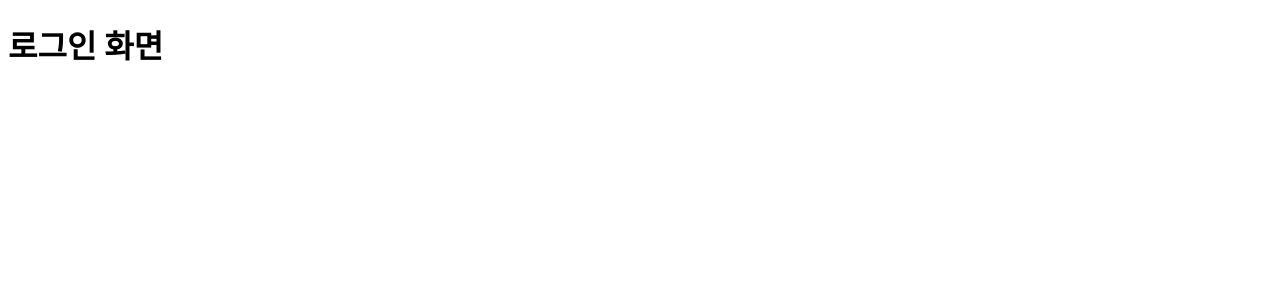
Repository: honsb91/project
Page: http://localhost/hospital/member/login.jsp
These files come from the project's save history. The page is drawn as it stood at one moment and after the next save; the edit follows.
The browser window is 1280 px wide. The pictures show the whole page.
The page is served by Tomcat 9. Nobody is signed in. The application's start-up code is not run.

Above is the page before, as saved 2024-01-25 07:17:25.

After the next save:
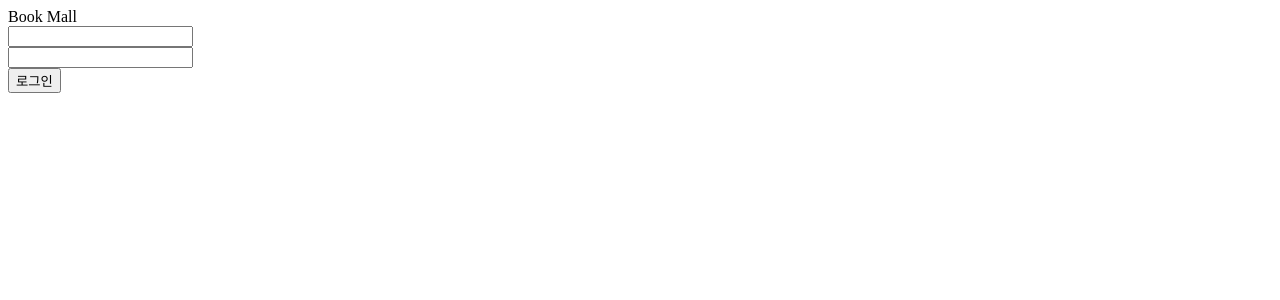
Saved 22 min 37 s later.
--- a/hospital/src/main/webapp/member/login.jsp
+++ b/hospital/src/main/webapp/member/login.jsp
@@ -5,8 +5,36 @@
 <head>
 <meta charset="UTF-8">
 <title>Insert title here</title>
+<link rel="stylesheet" href="/resources/css/member/login.css">
 </head>
 <body>
-	<h1>로그인 화면</h1>
+
+<div class="wrapper">
+
+	<div class="wrap">
+		<div class="logo_wrap">
+			<span>Book Mall</span>
+		</div>
+		<div class="login_wrap">
+			<div class="id_wrap">
+					<div class="id_input_box">
+					<input class="id_input">
+				</div>
+			</div>
+			<div class="pw_wrap">
+				<div class="pw_input_box">
+					<input class="pw_iput">
+				</div>
+			</div>
+			<div class="login_button_wrap">
+				<input type="button" class="login_button" value="로그인">
+			</div>
+		</div>
+
+
+	</div>
+
+</div>
+
 </body>
 </html>
